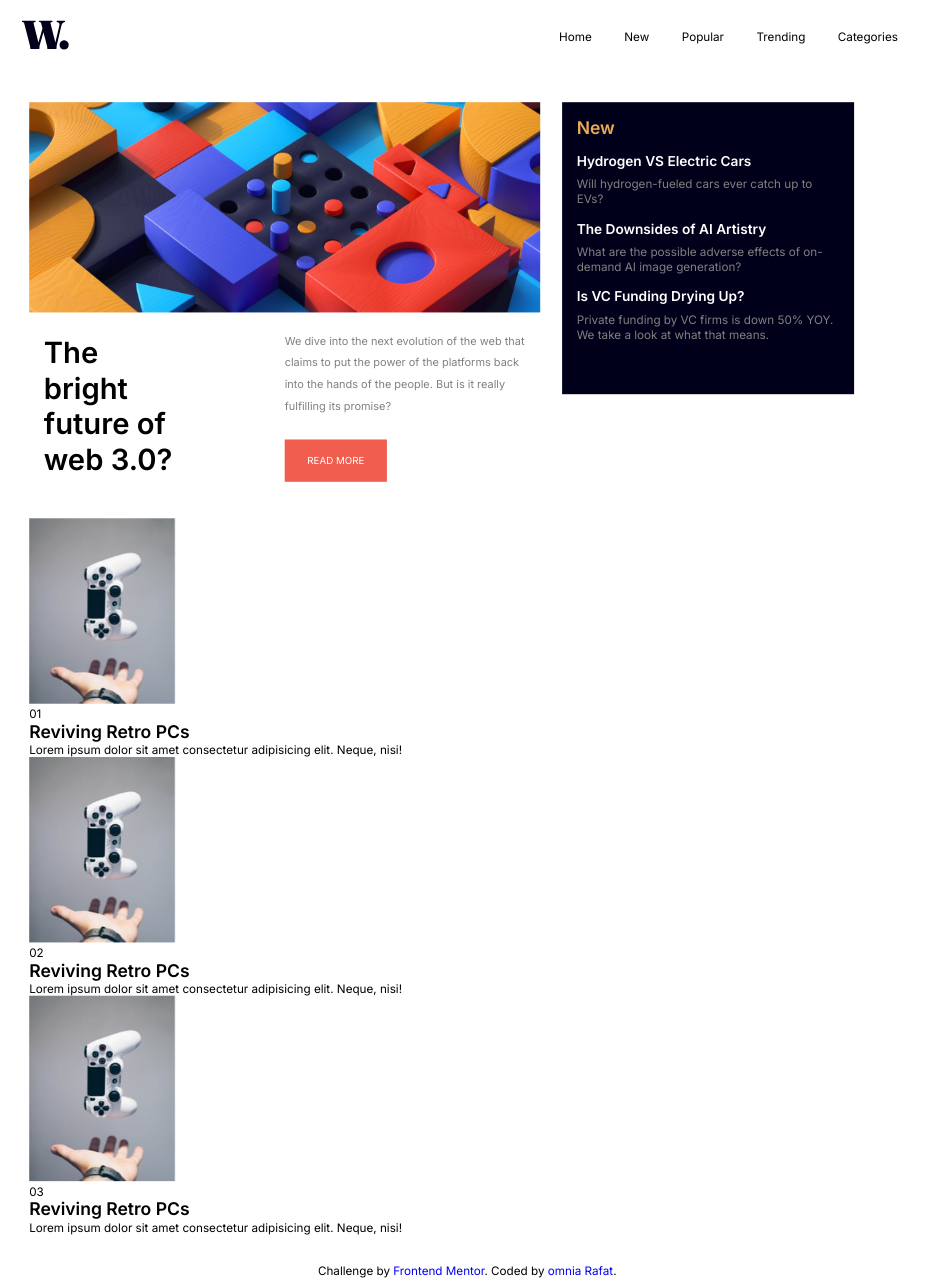
Repository: OmniaRafat232111121/HomePage
Page: index.html
These files come from the project's save history. The page is drawn as it stood at one moment and after a run of saves; the edit follows.
The browser window is 1280 px wide. The pictures show the whole page, at 73% of full size.

Above is the page before, as saved 2022-12-17 17:23:32.

### index.html
<!DOCTYPE html>
<html lang="en">
<head>
  <meta charset="UTF-8">
  <meta name="viewport" content="width=device-width, initial-scale=1.0"> <!-- displays site properly based on user's device -->

  <link rel="icon" type="image/png" sizes="32x32" href="./assets/images/favicon-32x32.png">

  <title>Frontend Mentor | News homepage</title>
 <link rel="stylesheet" href="style.css">
</head>
<body>
  <!--header start-->
  <header class="header">
    <div class="logo">
      <a href="index.html">
        <img src="./assets/images/logo.svg" alt="image"/>
      </a>
    </div>
    <nav>
      <ul>
        <li href="index.html"><a>Home</a></li>
        <li href="#new"><a>New</a></li>
        <li href="#popular"><a>Popular</a></li>
         <li href="#trending"><a>Trending</a></li>
         <li href="#categories"><a>Categories</a></li>

      </ul>
    </nav>

  </header>
    <!--header ends-->
    <!--home start-->
    <section class="home">
      <div class="container">
        <div class="col-play">
            <img src="./assets/images/image-web-3-desktop.jpg" alt="image"/>
            <div class="content">
              <div class="heading">
                <h1>The bright future of web 3.0?</h1>

              </div>
              <div class="reading">
               <p> We dive into the next evolution of the web that claims to put the power of the platforms back into the hands of the people.
                   But is it really fulfilling its promise?</p>
                 <button>Read More</button>
                  </div>

            </div>
        </div>
        <div class="col-content">
         <div class="new">
         <h2>New</h2>
      <h3><a href="#">Hydrogen VS Electric Cars</a></h3>
      <p>Will hydrogen-fueled cars ever catch up to EVs?</p>
      <h3><a href="#">The Downsides of AI Artistry</a></h3>
      <p>What are the possible adverse effects of on-demand AI image generation?</p>
      <h3><a href="#">Is VC Funding Drying Up?</a></h3>
      <p>Private funding by VC firms is down 50% YOY. We take a look at what that means.</p>

         </div>
        </div>




        <div class="products" id="products">
          <div class="product">
            <div class="image">
            <img src="./assets/images/image-gaming-growth.jpg"/>
            </div>
            <div class="con">
              <span>01</span>
              <h2>Reviving Retro PCs</h2>
              <p>Lorem ipsum dolor sit amet consectetur adipisicing elit. Neque, nisi!</p>
            </div>

          </div>
          <div class="product">
        <div class="image">
            <img src="./assets/images/image-gaming-growth.jpg" alt="j"/>
            </div>
            <div class="con">
              <span>02</span>
              <h2>Reviving Retro PCs</h2>
              <p>Lorem ipsum dolor sit amet consectetur adipisicing elit. Neque, nisi!</p>
            </div>

        </div>
        <div class="product">
        <div class="image">
            <img src="./assets/images/image-gaming-growth.jpg" alt="j"/>
            </div>
            <div class="con">
              <span>03</span>
              <h2>Reviving Retro PCs</h2>
              <p>Lorem ipsum dolor sit amet consectetur adipisicing elit. Neque, nisi!</p>
            </div>

        </div>
      </div>




    </section>
    <!--home end-->
  <div class="attribution">
    Challenge by <a href="https://www.frontendmentor.io?ref=challenge" target="_blank">Frontend Mentor</a>.
    Coded by <a href="#">omnia Rafat</a>.
  </div>
</body>
</html>

### style.css
@import url('https://fonts.googleapis.com/css2?family=Be+Vietnam+Pro:wght@100&family=Inter:wght@100;300;400;500;600&family=Montserrat:wght@400;700&family=Nunito:ital,wght@0,200;0,300;1,200&family=Open+Sans:ital,wght@0,300;0,600;0,700;1,300&family=Poppins:ital,wght@0,200;0,300;0,600;0,800;0,900;1,100;1,200;1,300;1,500&family=Work+Sans:ital,wght@0,100;0,200;0,400;0,500;1,200;1,300&display=swap');
*{
    margin:0;
    padding:0;
    box-sizing: border-box;
    font-family: Inter;
}
ul {
    list-style: none;
}
a{
    text-decoration: none;
}
.header{
    width: 100%;
    height:100px;
    display:flex;
    align-items: center;
    justify-content: space-between;
    padding:30px;
}
.header nav ul li{
    display: inline-block;
    padding:20px;
}
/*home*/
.home{
    padding:40px;
}
.container{
   display: grid;
    grid-template-columns: 700px 60px;
    gap: 30px;


}
.col-play{
    flex-basis: 80%;
}
.col-play img{
    max-width: 100%;
    width:100%;
}
.content{
    display:flex;
    align-items: center;
    justify-content: space-between;
    padding:20px;
}
.heading{
    flex-basis: 50%;
}
.heading h1{
    width:60%;
    font-size: 40px;
    font-weight: bold;
}
.reading{
    flex-basis: 50%;
}
.reading button{
    color:white;
    margin-top: 30px;
    background-color:hsl(5, 85%, 63%);
    border:1px solid transparent;
    padding:20px 30px ;
    text-transform: uppercase;
    display:block;
}
.reading button:hover{
color:hsl(5, 85%, 63%);
background-color: #000;
}
.reading p{
    color:hsl(0, 0%, 50%);
    line-height:2;
    font-size: 15px;
}
.col-content{
    flex-basis: 20%;
}
.new{
    width:400px;
    height:400px;
    background-color: hsl(240, 100%, 5%);
    color:#fff;
    padding:20px;
}

.new h2{
    color:hsl(35, 77%, 62%);
}
.new h3 a{
    color:#fff;
    padding-top: 20px;

}
.new h3{
    margin-top: 20px;
}
.new p{
    color:hsl(0, 0%, 50%);
    margin-top: 10px;
}
.attribution{
    text-align: center;
}
.products{

}

After the next 3 saves:
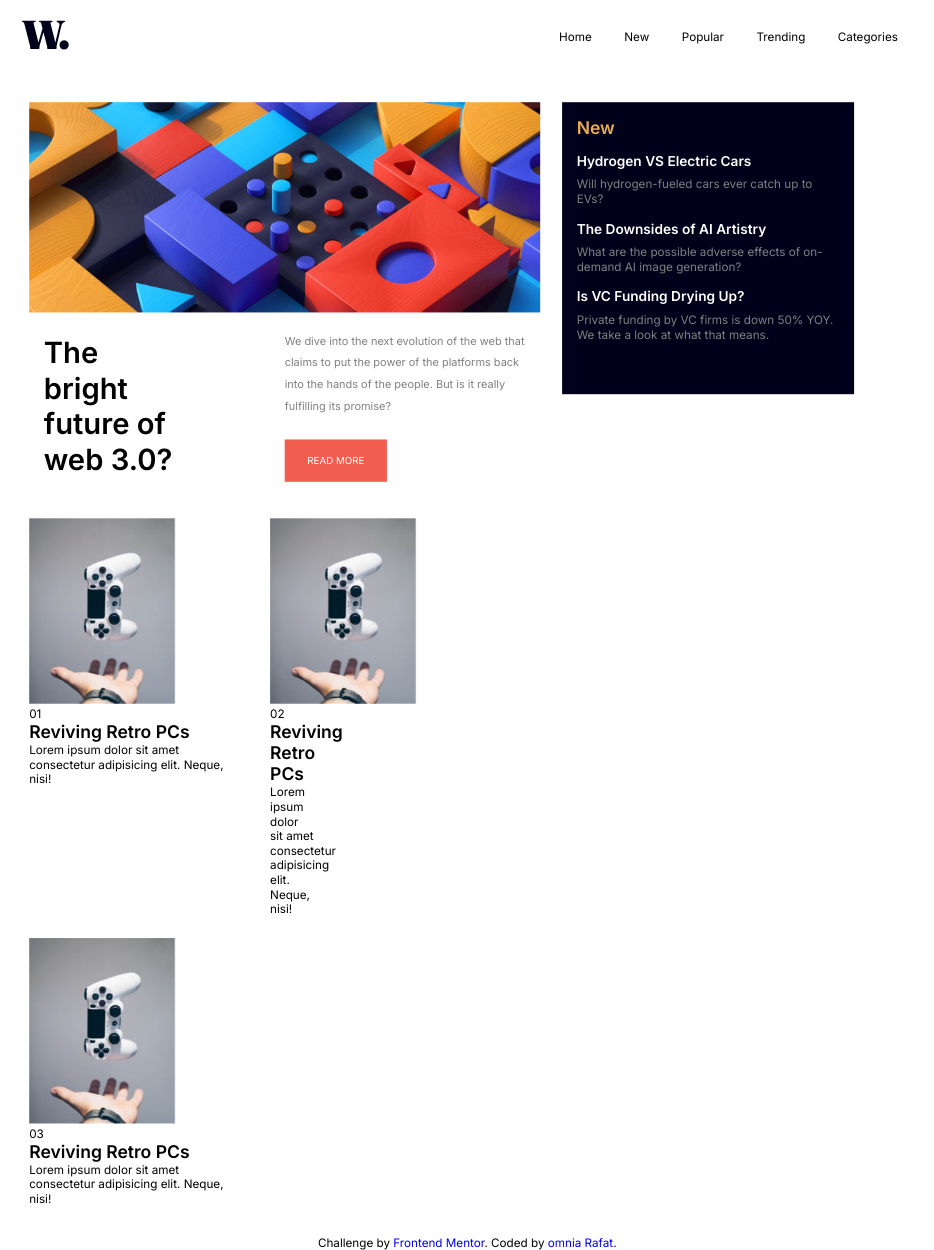
The 3 saves are shown as one change because they came seconds apart.
The last was saved 105 s later.
--- a/style.css
+++ b/style.css
@@ -106,5 +106,7 @@ background-color: #000;
     text-align: center;
 }
 .products{
-
+    display: grid;
+    grid-template-columns: 300px 60px;
+    gap: 30px;
 }
